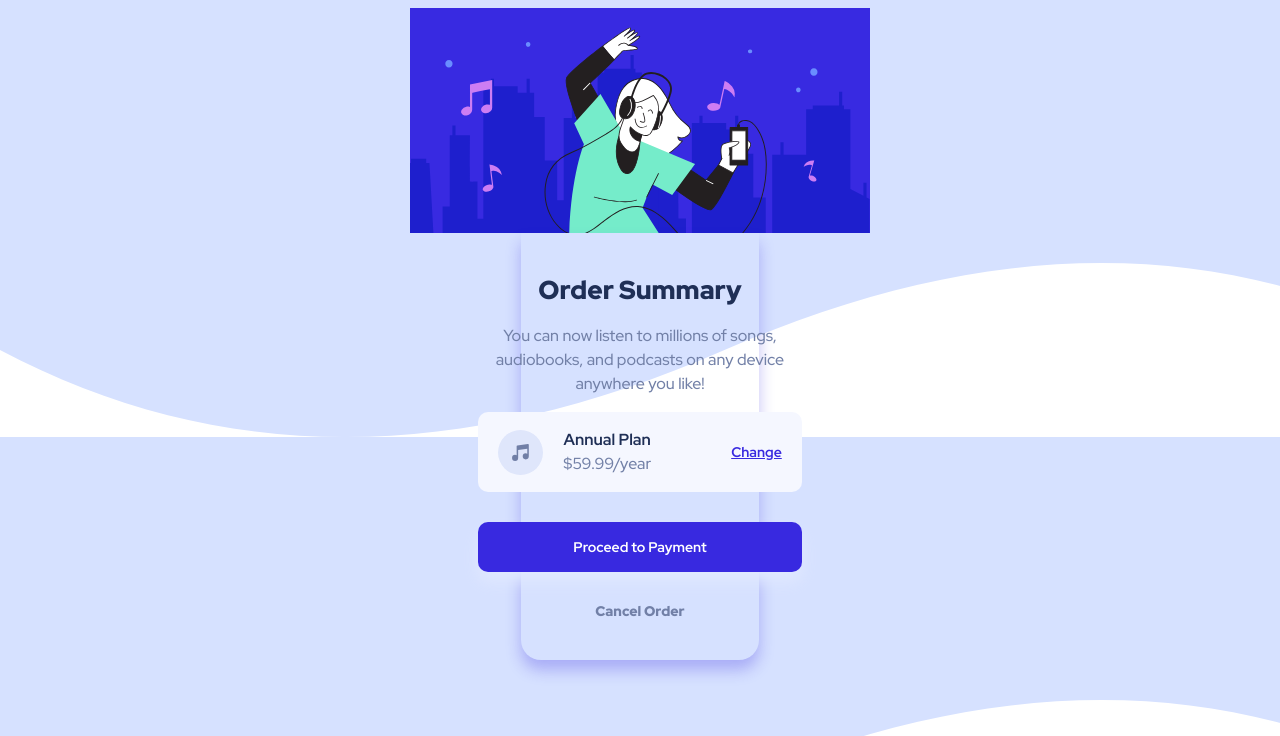
Repository: Pawan-pediredla/frontend-mentors
Page: order-summary-card/order-summary-component-main/markup/index.html
The author's editor kept a copy of each file at every save. The page is drawn from the files as they stood at one save, then again after the next save.
The browser window is 1280 px wide. The pictures show the whole page.
The pointer rests on the first visible `section.footer button`.

Above is the page before, as saved 2024-06-22 12:19:08.

After the next save:
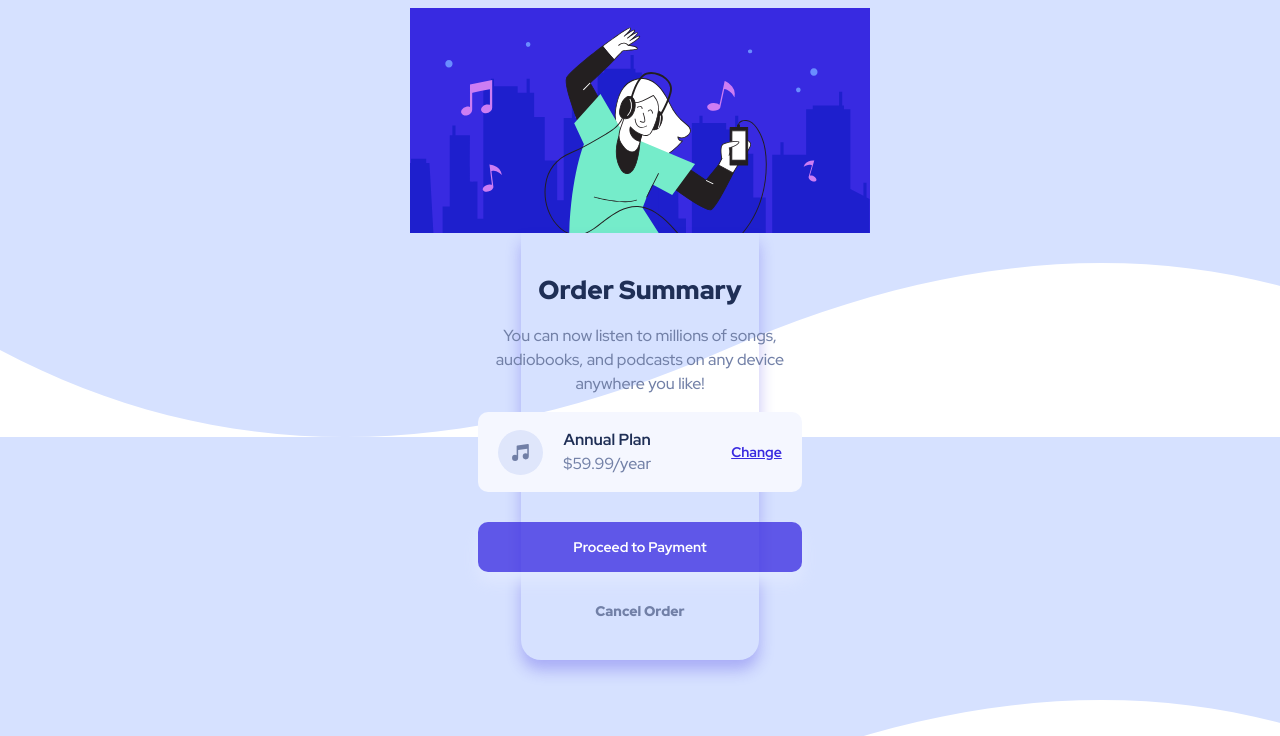
Saved 12 s later.
--- a/order-summary-card/order-summary-component-main/styling/index.css
+++ b/order-summary-card/order-summary-component-main/styling/index.css
@@ -118,3 +118,10 @@
     text-decoration: none;
     color: #3829e0be;
   }
+  section.footer button:hover {
+    background: #3829e0be;
+  }
+
+  section.footer a:hover {
+    color: var(--dark-blue);
+  }
